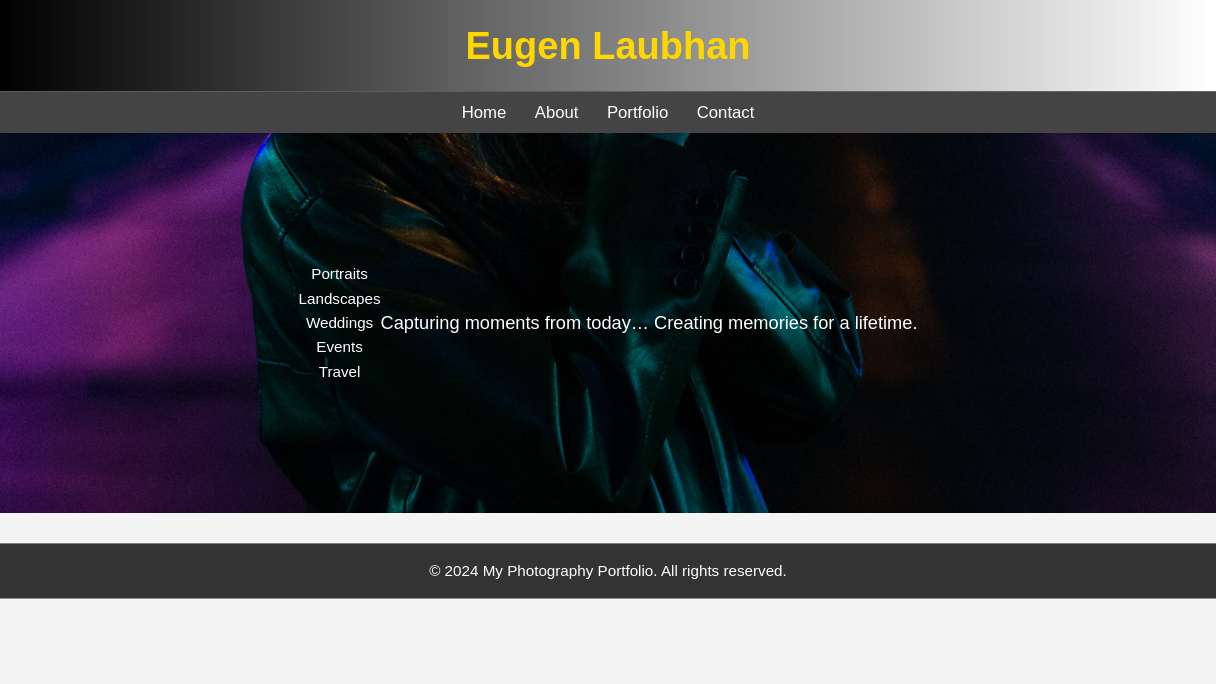
Repository: eugenLau/eugenlau.github.io.LEGACY
Page: /
The author's editor kept a copy of each file at every save. The page is drawn from the files as they stood at one save, then again after the next save.
The browser window is 1280 px wide. The pictures show the whole page, at 95% of full size.
The project was rebuilt for these pictures with package versions that can differ from the ones it lists, and the page was loaded fresh each time. Also part of the build but not shown: src/components/About.js, src/components/Portfolio.js, src/components/Contact.js.

Above is the page before, as saved 2024-06-14 20:11:40.

After the next save:
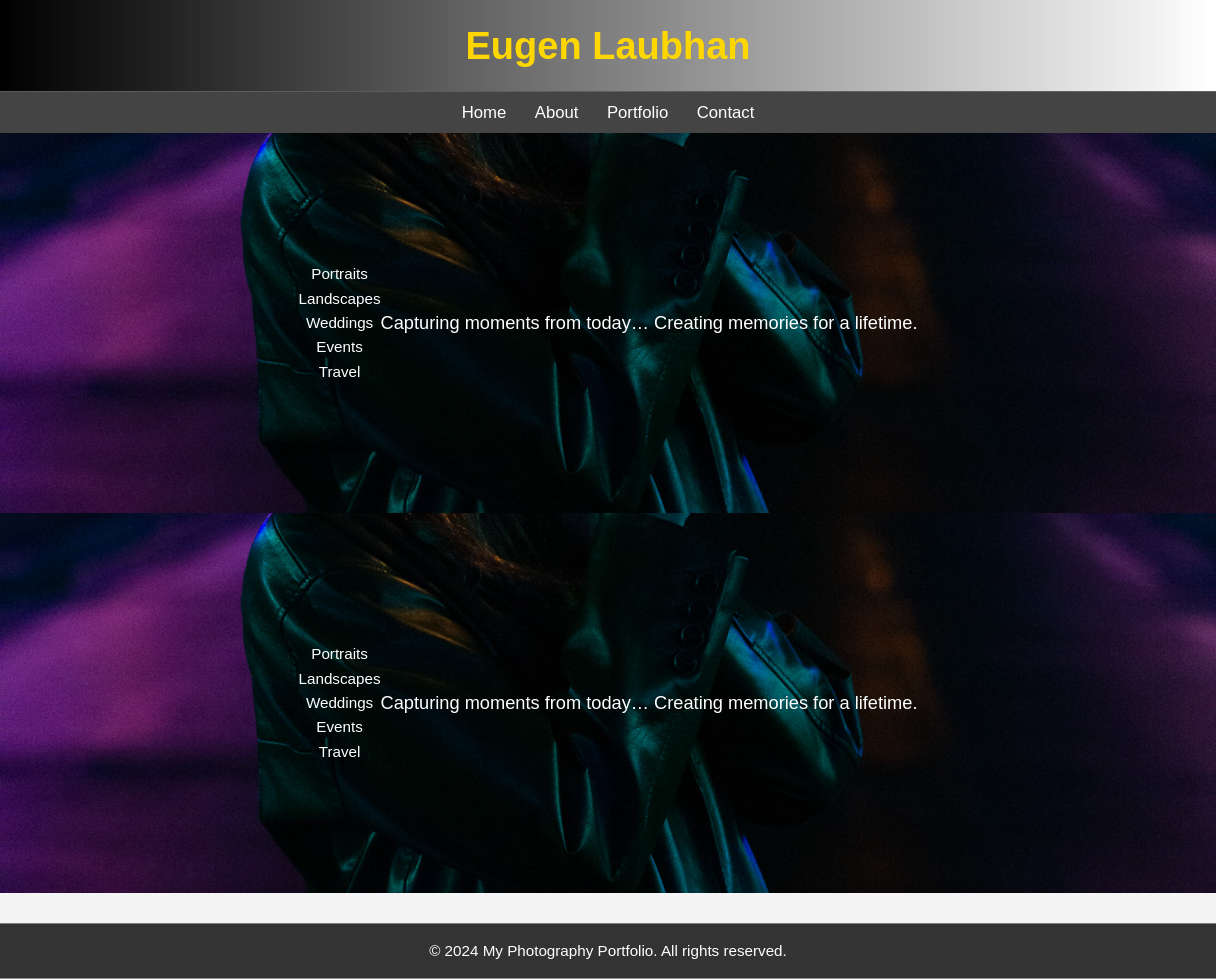
Saved 71 s later.
--- a/src/App.js
+++ b/src/App.js
@@ -22,10 +22,10 @@
       <Header />
       <Navigation />
       <Routes>
-        <Route path="/" exact element={Home} />
-        <Route path="/about" element={About} />
-        <Route path="/portfolio" element={Portfolio} />
-        <Route path="/contact" element={Contact} />
+        <Route path="/" exact element={<Home />} />
+        <Route path="/about" element={<About />} />
+        <Route path="/portfolio" element={<Portfolio />} />
+        <Route path="/contact" element={<Contact />} />
       </Routes>
       <Home/>
       <Footer />

After the save that followed:
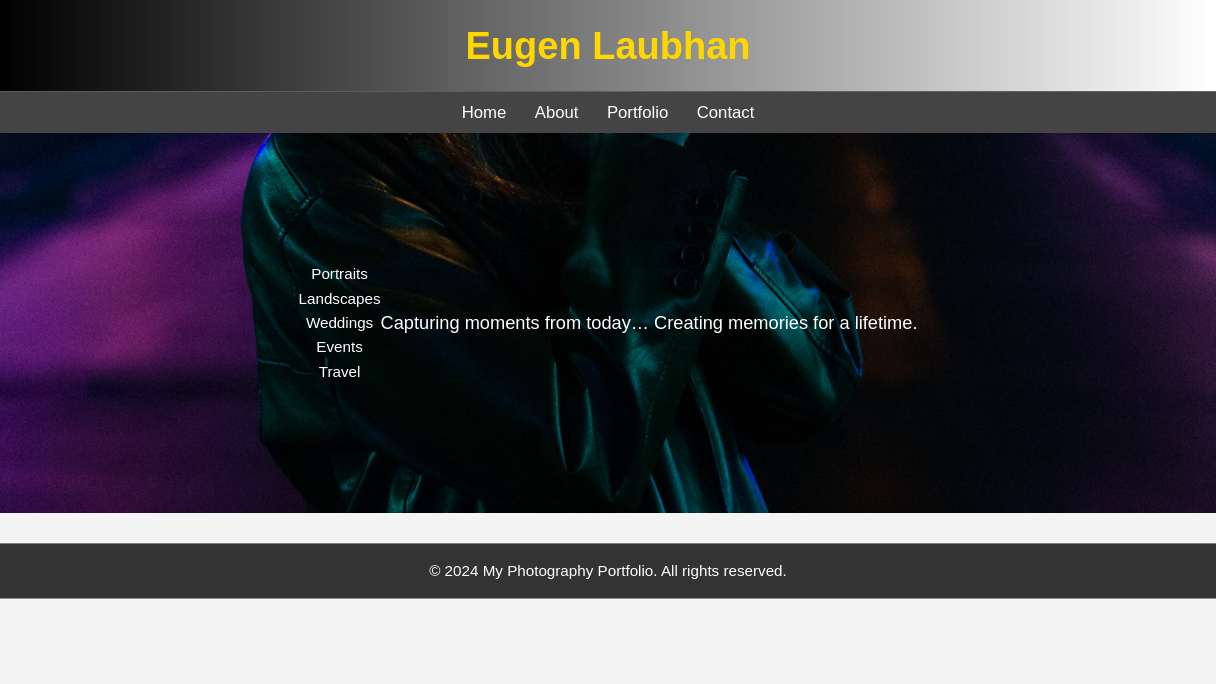
Saved 68 s later.
--- a/src/App.js
+++ b/src/App.js
@@ -22,7 +22,7 @@
       <Header />
       <Navigation />
       <Routes>
-        <Route path="/" exact element={<Home />} />
+        <Route path="/" exact element={Home} />
         <Route path="/about" element={<About />} />
         <Route path="/portfolio" element={<Portfolio />} />
         <Route path="/contact" element={<Contact />} />
